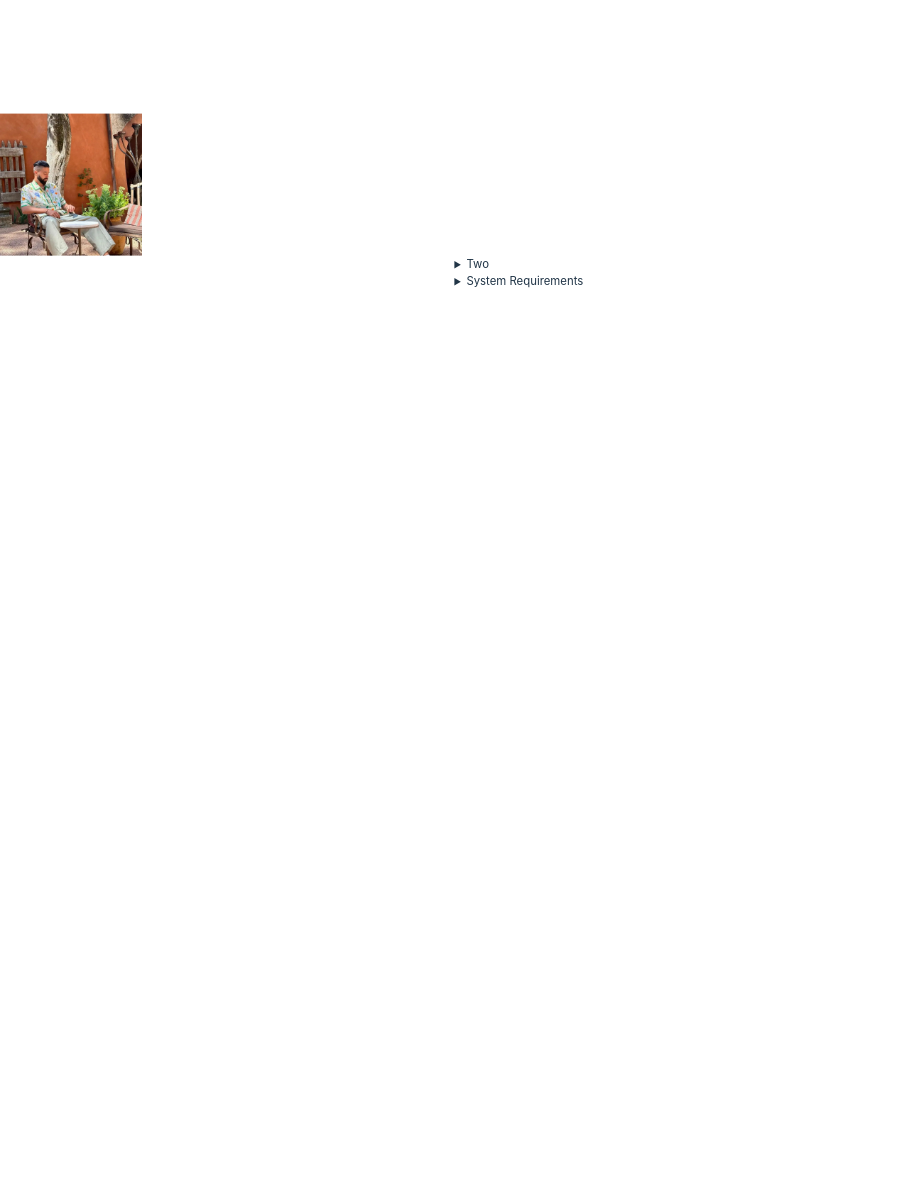
Repository: GavinPahal/my_app
Page: / (app in react/)
These files come from the project's save history. The page is drawn as it stood at one moment and after the next save; the edit follows.
The browser window is 1280 px wide. The pictures show the whole page, at 71% of full size.
The project was rebuilt for these pictures with package versions that can differ from the ones it lists, and the page was loaded fresh each time. Also part of the build but not shown: react/vite.config.js.

Above is the page before, as saved 2024-09-14 11:01:36.

### react/src/App.jsx
import { useState } from 'react'
import ap from '/Untitled-34.jpg'
import './App.css'

function App() {
  const [count, setCount] = useState(0)

  return (
    <>
    <div>
    <img src={ap} alt="Vite logo" className="image" width={200} height={200}/>
    </div>
    <div className='album'>
      <details name="reqs">
  <summary>Two</summary>
  <ol>
    <li>All Night(Live)</li>
    <li>Hills</li>
    <li>SummerHigh</li>
    <li>Wo Noor</li>
    <li>Dil Nu</li>
  </ol>
</details>
<details name="reqs">
  <summary>System Requirements</summary>
  <ol>
    <li>All Night</li>
    <li> hills</li>
  </ol>
</details>
</div>
    </>
  )
}

export default App

### react/src/App.css
.image{
  display: flex;
  padding-top: 10rem;
}


.album{
display: flex;
flex-direction: column;
justify-content:center;
padding-left: 40rem;
padding-bottom: 80rem;
}

Loaded but not shown: react/index.html (common file); react/src/main.jsx (common file); react/src/index.css (common file)

After the next save:
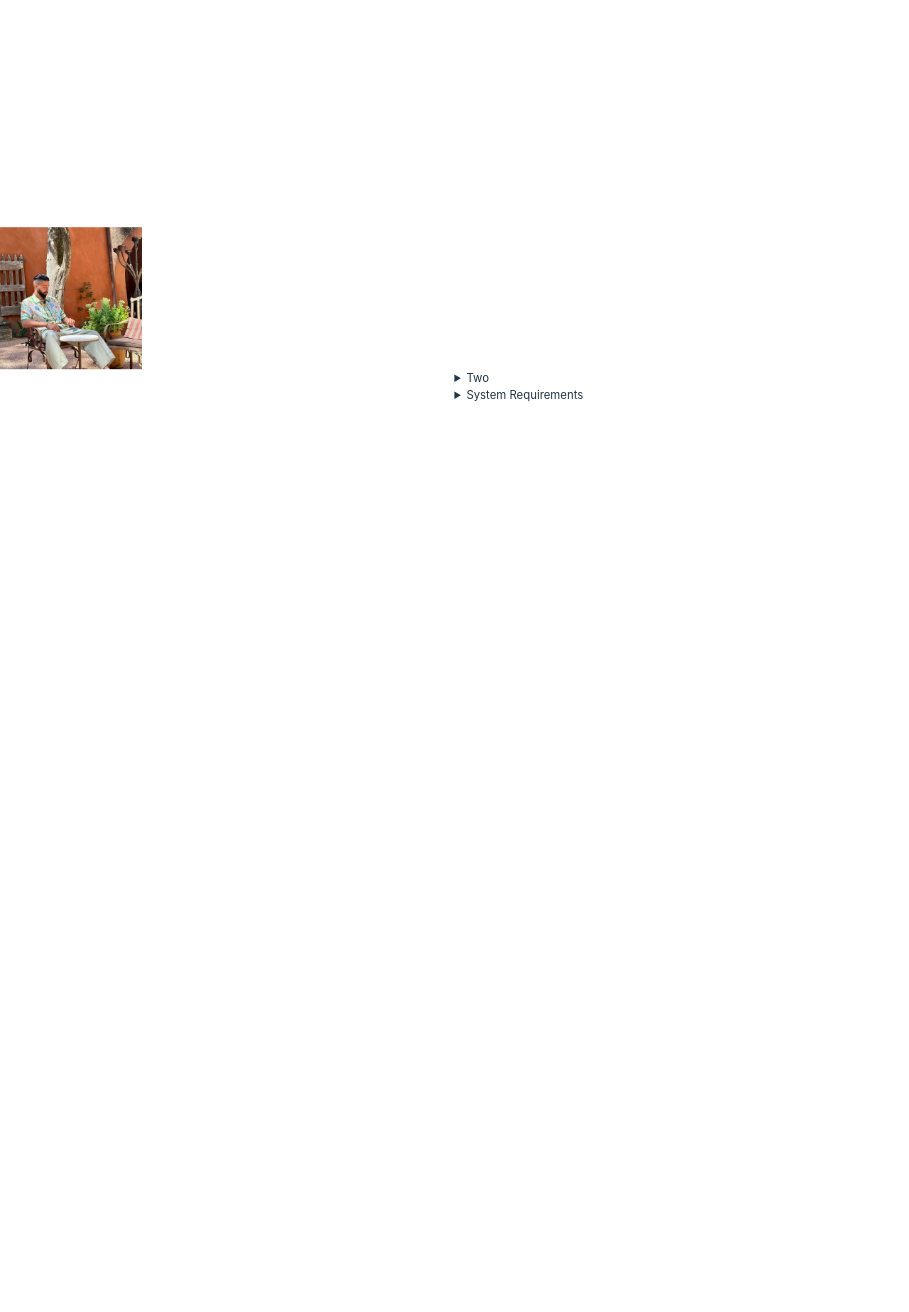
Saved 8 s later.
--- a/react/src/App.jsx
+++ b/react/src/App.jsx
@@ -7,7 +7,7 @@
 
   return (
     <>
-    <div>
+    <div className='image'>
     <img src={ap} alt="Vite logo" className="image" width={200} height={200}/>
     </div>
     <div className='album'>

After the save that followed:
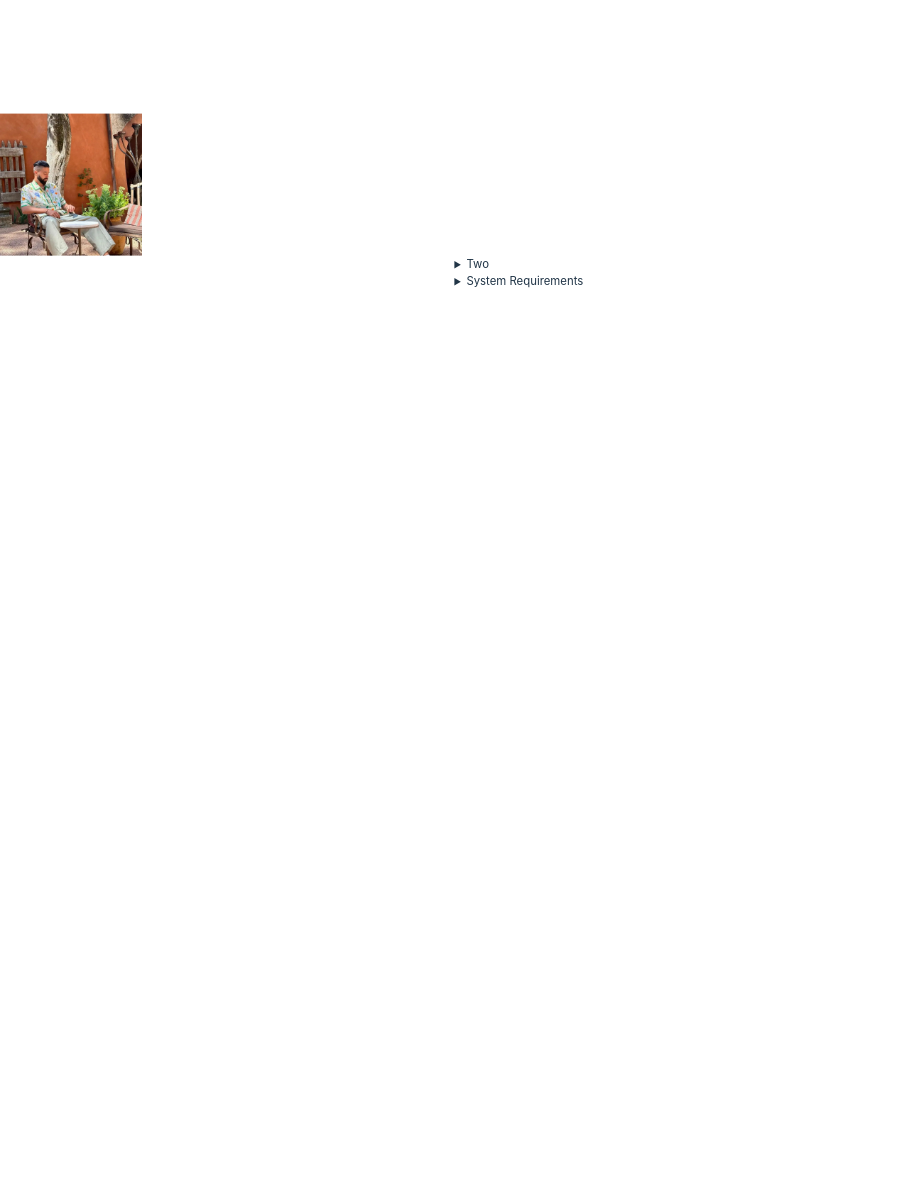
Saved 68 s later.
--- a/react/src/App.jsx
+++ b/react/src/App.jsx
@@ -7,9 +7,9 @@
 
   return (
     <>
-    <div className='image'>
+
     <img src={ap} alt="Vite logo" className="image" width={200} height={200}/>
-    </div>
+
     <div className='album'>
       <details name="reqs">
   <summary>Two</summary>
